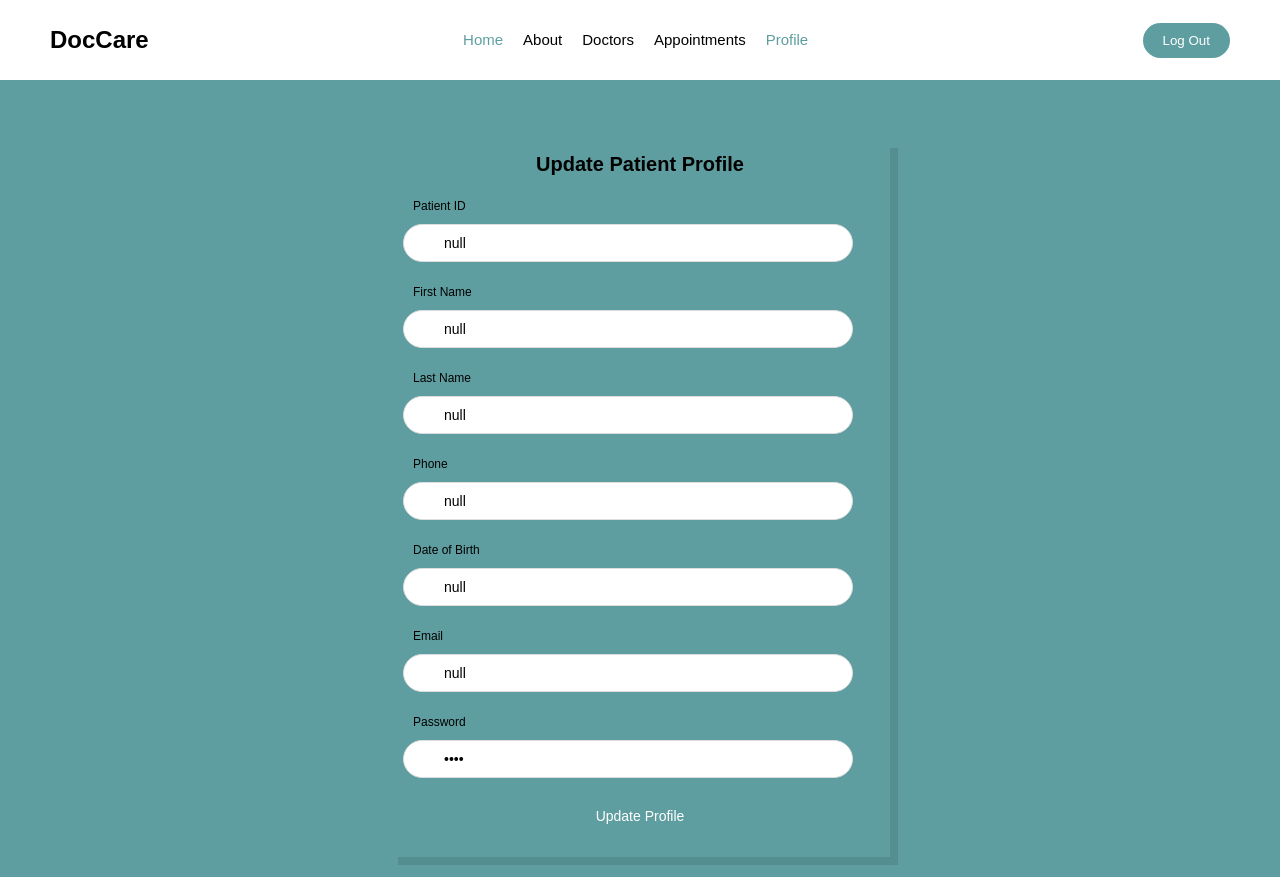
Repository: MonaliWatareka/echanneling
Page: http://localhost/PatientDemo/patientAccountUpdate.jsp
The author's editor kept a copy of each file at every save. The page is drawn from the files as they stood at one save, then again after the next save.
The browser window is 1280 px wide. The pictures show the whole page.
The page is served by Tomcat 10. Other server files are loaded and not shown.

Above is the page before, as saved 2024-10-13 04:44:57.

### Project/PatientDemo/src/main/webapp/patientAccountUpdate.jsp
<%@ page language="java" contentType="text/html; charset=UTF-8"
    pageEncoding="UTF-8"%>
<!DOCTYPE html>
<html lang="en">
<head>
    <meta charset="UTF-8">
    <meta name="viewport" content="width=device-width, initial-scale=1.0">
    <title>Update Patient Profile</title>
   <link rel="stylesheet" href="${pageContext.request.contextPath}/css/login.css">
   <style>

        body {
            background-color:  cadetblue;

        }
    </style>
</head>
<body>

  <!-- Navigation Bar -->
    <div class="nav">
        <div class="nav-logo">
            <p>DocCare</p>
        </div>
        <div class="nav-menu">
            <ul>
                <li><a href="Home.jsp" class="link active" >Home</a></li>
                    <li><a href="About.jsp" class="link ">About</a></li>
                    <li><a href="AvailabilityDisplayServlet" class="link ">Doctors</a></li>
                    <li><a href="#" class="link ">Appointments</a></li>
                    <li><a href="PatientAccServlet" class="link active">Profile</a></li>
            </ul>
        </div>
        <div class="nav-button">
                    <form action="logoutServlet" method="get">
                        <button type="submit" class="btn">Log Out</button>
                    </form>
                </div>
    </div>


    <%
    	String id=request.getParameter("id");
    	String fname=request.getParameter("fname");
    	String lname=request.getParameter("lname");
    	String phone=request.getParameter("phone");
    	String dob=request.getParameter("dob");
    	String email=request.getParameter("email");
    	String password=request.getParameter("password");

    %>

    <div class="wrapper">

            <div class="form-box">
                <div class="form-container">
                    <header>Update Patient Profile</header>
                    <form action="PatientUpdateAccServlet" method="post">
                        <div class="input-box">
                            <label>Patient ID</label>
                            <input type="text" class="input-field" name="patientID" value="<%=id %>" readonly>
                        </div>

                        <div class="input-box">
                            <label>First Name</label>
                            <input type="text" class="input-field" name="patientFName" value="<%=fname %>" required>
                        </div>

                        <div class="input-box">
                            <label>Last Name</label>
                            <input type="text" class="input-field" name="patientLName" value="<%=lname %>" required>
                        </div>

                        <div class="input-box">
                            <label>Phone</label>
                            <input type="text" class="input-field" name="patientPhone" value="<%=phone %>" required>
                        </div>

                        <div class="input-box">
                            <label>Date of Birth</label>
                            <input type="text" class="input-field" name="patientDOB" value="<%=dob %>" required>
                        </div>

                        <div class="input-box">
                            <label>Email</label>
                            <input type="email" class="input-field" name="patientEmail" value="<%=email %>" required>
                        </div>

                        <div class="input-box">
                            <label>Password</label>
                            <input type="password" class="input-field" name="patientPassword" value="<%=password %>" required>
                        </div>

                        <div class="input-box">
                            <input type="submit" class="submit" value="Update Profile">
                        </div>




                            </form>
                        </div>

                </div>
            </div>
</body>
</html>

### Project/PatientDemo/src/main/webapp/css/login.css

* {
    margin: 0;
    padding: 0;
    box-sizing: border-box;
    font-family: 'Arial', sans-serif;
}

body {

    background-color:  #1ebcb4 ;
    display: flex;
    flex-direction: column;
    justify-content: flex-start;
    align-items: center;
    height: 100vh;
}

/* Navigation Bar */
.nav {
    width: 100%;
    height: 80px;
    background:rgb(255, 255, 255);
    display: flex;
    justify-content: space-between;
    align-items: center;
    padding: 0 50px;
    position: fixed;
    top: 0;
    left: 0;
    z-index: 100;
}

.nav-logo p {
    color: #000000;
    font-size: 24px;
    font-weight: bold;
}

.nav-menu ul {
    list-style: none;
    display: flex;
}

.nav-menu ul li {
    margin-right: 20px;
}

.nav-menu ul li a {
    color: #000000;
    text-decoration: none;
    font-size: 15px;
    transition: color 0.3s ease;
}

.nav-menu ul li a:hover,
.nav-menu ul li a.active {
    color:cadetblue;
}

.nav-button .btn {
    background-color: cadetblue;
    color: #fff;
    padding: 10px 20px;
    border: none;
    cursor: pointer;
    border-radius: 30px;
    transition: background-color 0.3s ease;
}

.nav-button .btn:hover {
    background-color: lightblue;
}

/* Wrapper and Form Styles */
.wrapper {

    width: 90%;
    max-width: 400px;
    padding: 20px;
    border: none;
    position: relative;
    margin-top: 120px;
    display: flex;
    justify-content: center;
    align-items: center;
    flex-direction: column;

}

.form-box {
    width: 500px;
    position: relative;

}

header {
    font-size: 20px;
    margin-top: 10px;
    font-weight: bold;
    margin-bottom: 20px;
    text-align: center;
}
label{
    font-size: 12px;
    margin-left: 10px;

}
.input-box {
    position: relative;

    margin-bottom: 20px;
}

.input-box i {
    position: absolute;
    left: 10px;
    top: 20px;
    color: #888;
}

.input-field {
    width: 95%;
    margin-top: 10px;
    padding: 10px 40px;
    border: 1px solid #ddd;
    border-radius: 25px;
    font-size: 14px;
}

.submit {
    width: 100%;
    padding: 10px;
    background-color: cadetblue;
    color: #fff;
    border: none;
    border-radius: 25px;
    cursor: pointer;
    font-size: 14px;
    transition: background-color 0.3s ease;
}

.submit:hover {
    background-color: lightblue;
}

.login-container,
.register-container {
    display: none;
    position: absolute;
    width: 100%;
    border: cadetblue solid;
    border-radius: 25px;
    padding: 20px;
    box-shadow: 8px 8px rgba(0, 0, 0, 0.1);

}
.form-container{

    width: 100%;
    max-width: 500px;
    margin: 0 auto;
    border: cadetblue solid;

    padding: 20px;
    box-shadow: 8px 8px rgba(0, 0, 0, 0.1);
    display: flex;
    flex-direction: column;
    padding: 0 10px;

}


.login-container.active,
.register-container.active {
    display: block;

}
.input-box select.input-field {
    padding: 10px 40px;
    -webkit-appearance: none; /* Remove default dropdown arrow appearance in WebKit browsers */
    -moz-appearance: none; /* Remove default dropdown arrow appearance in Mozilla browsers */
    appearance: none; /* Remove default dropdown arrow appearance in all browsers */
}
span {

    font-size: 20px;
    display: block;
    margin-bottom: 20px;
    text-align: center;
}

span a {
    color: cadetblue;
    cursor: pointer;
    text-decoration: none;
}

span a:hover {
    text-decoration: underline;
}

@media (max-width: 768px) {
    .nav {
        padding: 0 20px; /* Reduced padding for smaller screens */
        height: 60px; /* Adjusted height */
    }

    .nav-logo p {
        font-size: 20px; /* Smaller font size for logo */
    }

    .nav-menu ul li {
        margin-right: 10px; /* Reduced margin for menu items */
    }

    .nav-menu ul li a {
        font-size: 10px; /* Smaller font size for links */
    }

    .wrapper {
        width: 90%;
        margin-top: 100px; /* Adjust margin to fit screen */
    }

    header {
        font-size: 24px; /* Smaller font size for header */
    }

    .input-field {
        font-size: 14px; /* Smaller font size for input fields */
    }

    .submit {
        font-size: 14px; /* Smaller font size for submit button */
    }

    span {
        font-size: 15x; /* Smaller font size for span */
    }
}

@media (max-width: 480px) {
    .nav {
        padding: 0 10px; /* Further reduced padding for very small screens */
        height: 50px; /* Adjusted height */
    }

    .nav-logo p {
        font-size: 18px; /* Even smaller font size for logo */
    }

    .nav-menu ul li {
        margin-right: 5px; /* Further reduced margin for menu items */
    }

    .nav-menu ul li a {
        font-size: 8px; /* Even smaller font size for links */
    }

    .wrapper {
        margin-top: 80px; /* Further adjusted margin */
    }

    header {
        font-size: 20px; /* Smaller font size for header */
    }

    .input-field {
        font-size: 12px; /* Smaller font size for input fields */
    }

    .submit {
        font-size: 12px; /* Smaller font size for submit button */
    }

    span {
        font-size: 18px; /* Smaller font size for span */
    }
}

After the next save:
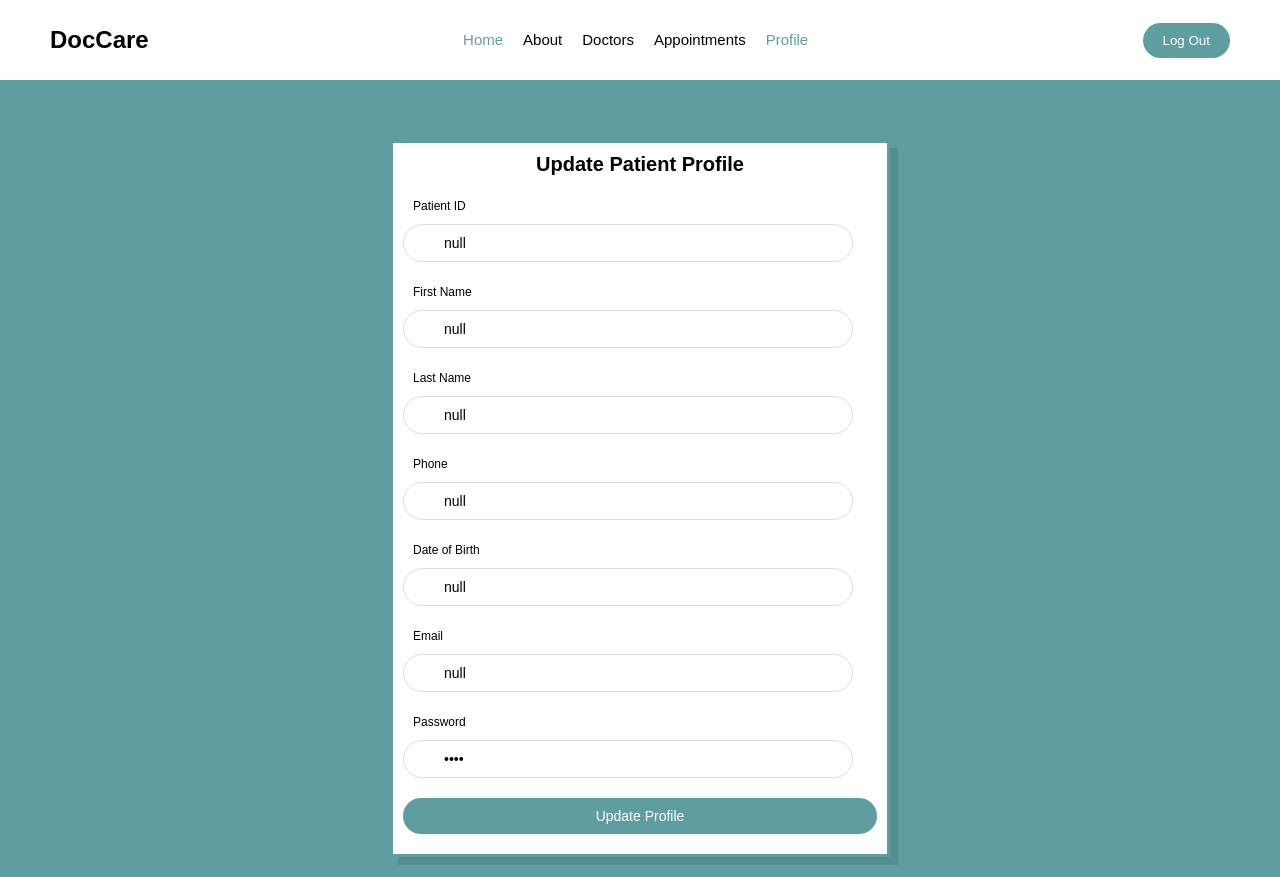
Saved 31 s later.
--- a/Project/PatientDemo/src/main/webapp/patientAccountUpdate.jsp
+++ b/Project/PatientDemo/src/main/webapp/patientAccountUpdate.jsp
@@ -9,10 +9,14 @@
    <link rel="stylesheet" href="${pageContext.request.contextPath}/css/login.css">
    <style>
 
-        body {
+          body {
             background-color:  cadetblue;
 
         }
+        .form-box{
+         background-color: #fff;
+        }
+
     </style>
 </head>
 <body>
